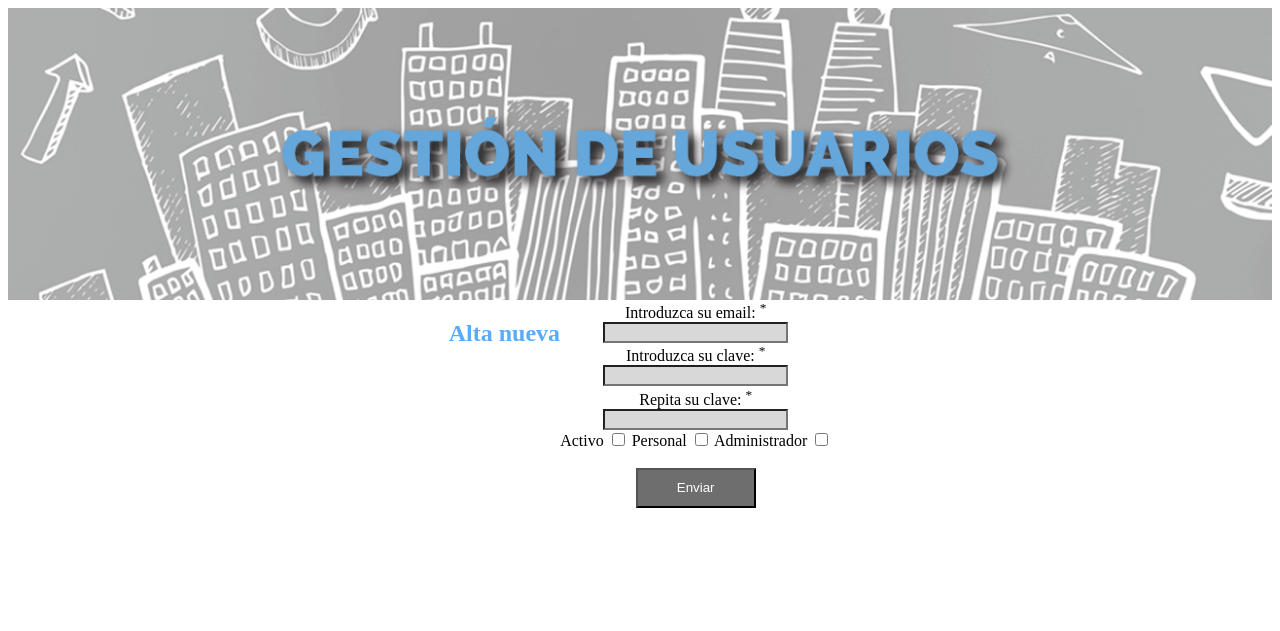
Repository: maguria/usuariosmj
Page: http://localhost/usuario/alta.php
The author's editor kept a record of every edit. The page is drawn from the files as they stood at one moment, then again after the next edit.
The browser window is 1280 px wide. The pictures show the whole page.
The page is run by PHP 8.4 with error messages shown; the project is at /var/www/html/.

Above is the page before.

### usuario/alta.php

<html>
    <head>
        <meta charset="UTF-8">
         <link rel="stylesheet" href="../css/main.css"/>
        <title></title>
    </head>
    <body>
         <div class="index">
        <div class="fondo"><img src="../images/fondo.png"/></div>
        <div class="englobaadmin">
        <h2>Alta nueva</h2>
        <br/>
            <form action="phpalta.php" method="POST">
            <label>Introduzca su email: <sup>*</sup><br/></label>
            <input type="text" name="email"/><br/>
            <label>Introduzca su clave: <sup>*</sup><br/></label>
            <input type="password" name="clave"/><br/>
            <label>Repita su clave: <sup>*</sup><br/></label>
            <input type="password" name="clave2"/><br/>
            Activo <input type="checkbox" name="activo" class="check">
            Personal <input type="checkbox" name="personal" class="check">
            Administrador  <input type="checkbox" name="admin" class="check"><br/><br/>

            <input type="submit" name="registrar" value="Enviar" class="enviar"/>
 </form>
   </div>
</div>
</body>
</html>

### css/main.css
@font-face {
    font-family:'socialshapes';
    src: url(../tipografia/socialshapes.ttf);
}

.body{
    width:90%;
}

.index{
    text-align:center;
    width:100%;
}
.fondo{
    width:100%;
}

.fondo img{
    width:100%;
}

.formu{
    width:33%;
    margin-top:2%;
    float:left;
}
.grande{
    width:140px;
    height:50px;
    background-color:#58ACFA;
    color:white;
}

.enviar{
    width:120px;
    height:40px;
    background-color:#6E6E6E;
    color:white;
}
a{
    text-decoration:none;
    color:#58ACFA;
    font-weight:bold;
}
h2{
    color:#58ACFA;
}

.englobaadmin{
    width:100%;
    text-align:center;
    display:flex;
    justify-content:center;
}
.ad{
    width:25%;
    float:left;
}
.adper{
    width:33%;
    float:left;
}
.sesion{
    background-color:#424242;
    color:white;
    width:120px;
    height:40px;
}

.pagina{
    text-align:center;
}
.page{
    width:19.2%;
    background-color:#585858;
    color:white;
}
.pagedos{
    background-color:#1C1C1C;
}

.th{
    background-color:#58ACFA;
    color:white;
}

.blanco{
    color:white;
    margin-top:1%;
}

.thdos{
    background-color:#81BEF7;
    color:white;
}
.botonazul{
    background-color:#A9D0F5;
    color:#424242;
}
.tabla{
    float:left;
    margin-top:3%;
    background-color:100%;
}

.adusu{
    width:50%;
    float:left;
}

h3{
    color:#585858;
}
.google{
    display:flex;
    justify-content:center;
    width:100%;
    text-align:center;
}
.redes{
    font-family:'socialshapes';
    font-size:2.5em;
    color:black;
}
input{
    background-color:#D8D8D8;
}
.centratabla{
    display:flex;
    justify-content:center;
    flex-flow:row wrap;

}
.tb{
    width:100%;
}
.foto{
    width:80%;
    height:120px;
    margin-top:3%;
}
.foto img{
    width:70%;
}
.capafoto{
    width:45%;
    float:left;
}

After the next edit:
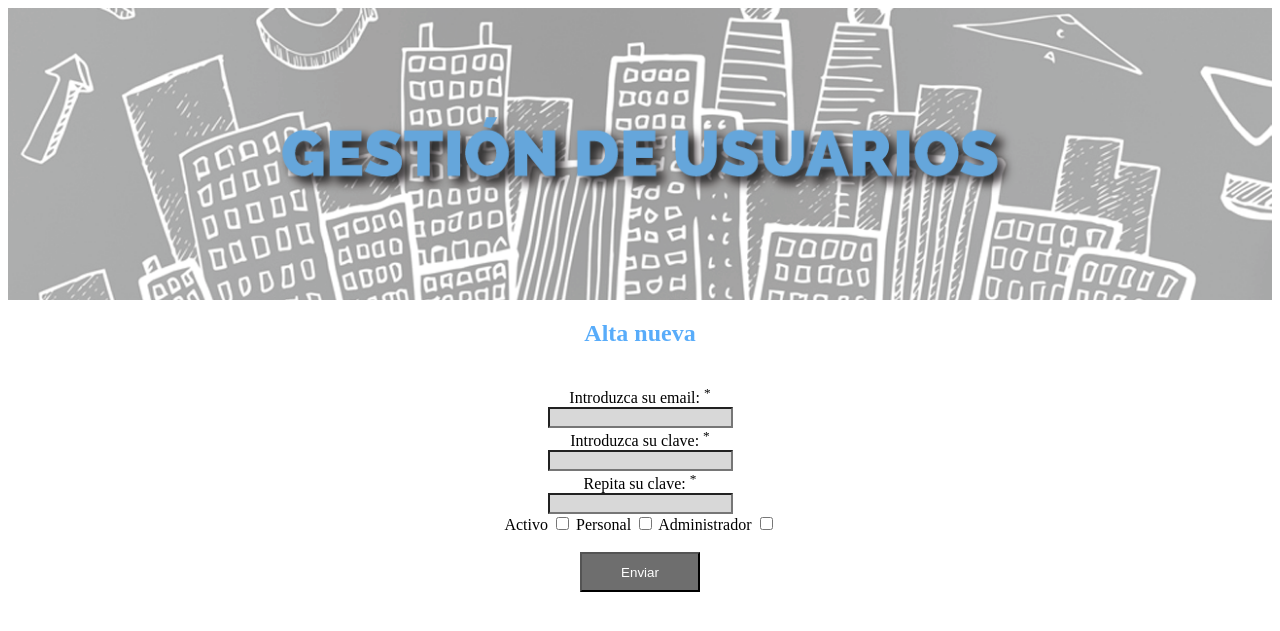
The edit:
--- a/usuario/alta.php
+++ b/usuario/alta.php
@@ -8,7 +8,7 @@
     <body>
          <div class="index">
         <div class="fondo"><img src="../images/fondo.png"/></div>
-        <div class="englobaadmin">
+        <div class="engloba">
         <h2>Alta nueva</h2>
         <br/>
             <form action="phpalta.php" method="POST">
